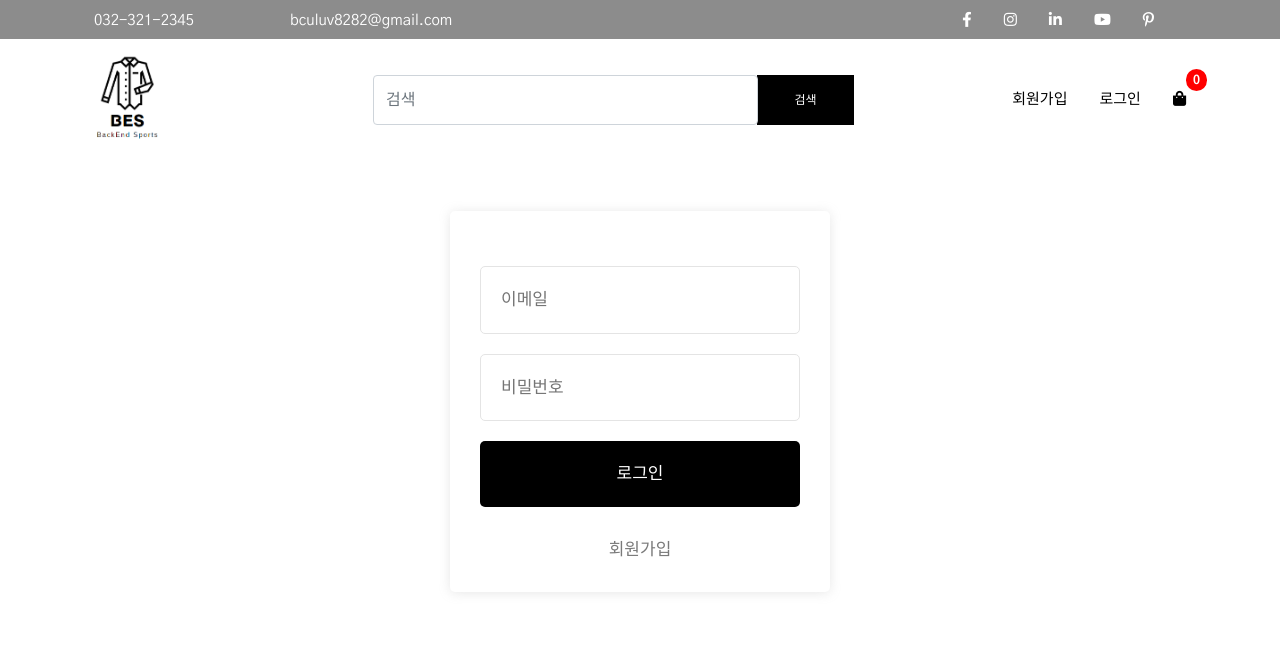
Repository: minyoung0101q/mern-sports-ecommerce-website
Page: /placeorder (app in frontend/)
The author's editor kept a copy of each file at every save. The page is drawn from the files as they stood at one save, then again after a run of saves.
The browser window is 1280 px wide. The pictures show the whole page.
Some web libraries are served in a nearby version. The project was rebuilt for these pictures with package versions that can differ from the ones it lists, and the page was loaded fresh each time. Also part of the build but not shown: frontend/src/components/homeComponents/Rating.js, frontend/src/components/homeComponents/pagination.js, frontend/src/Redux/Actions/ProductActions.js, frontend/src/components/LoadingError/Loading.js, frontend/src/components/LoadingError/Error.js, frontend/src/components/homeComponents/ShopSection.js, frontend/src/components/homeComponents/ContactInfo.js, frontend/src/components/homeComponents/CalltoActionSection.js and 16 more.

Above is the page before, as saved 2022-12-10 15:03:47.

After the next 2 saves:
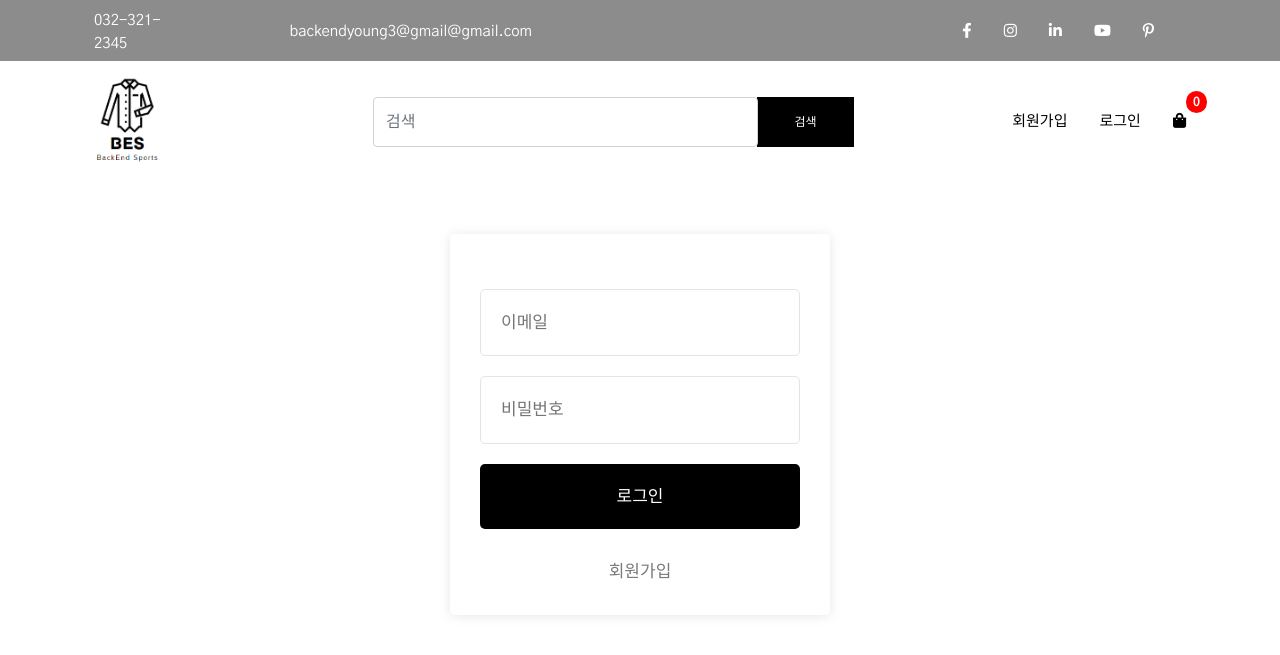
The 2 saves are shown as one change because they came seconds apart.
The last was saved 37 s later.
--- a/frontend/src/components/Header.js
+++ b/frontend/src/components/Header.js
@@ -34,7 +34,7 @@
           <div className="row">
             <div className="col-md-6 d-flex align-items-center display-none">
               <p>032-321-2345</p>
-              <p>bculuv8282@gmail.com</p>
+              <p>backendyoung3@gmail@gmail.com</p>
             </div>
             <div className=" col-12 col-lg-6 justify-content-center justify-content-lg-end d-flex align-items-center">
               <Link to="">

After the save that followed:
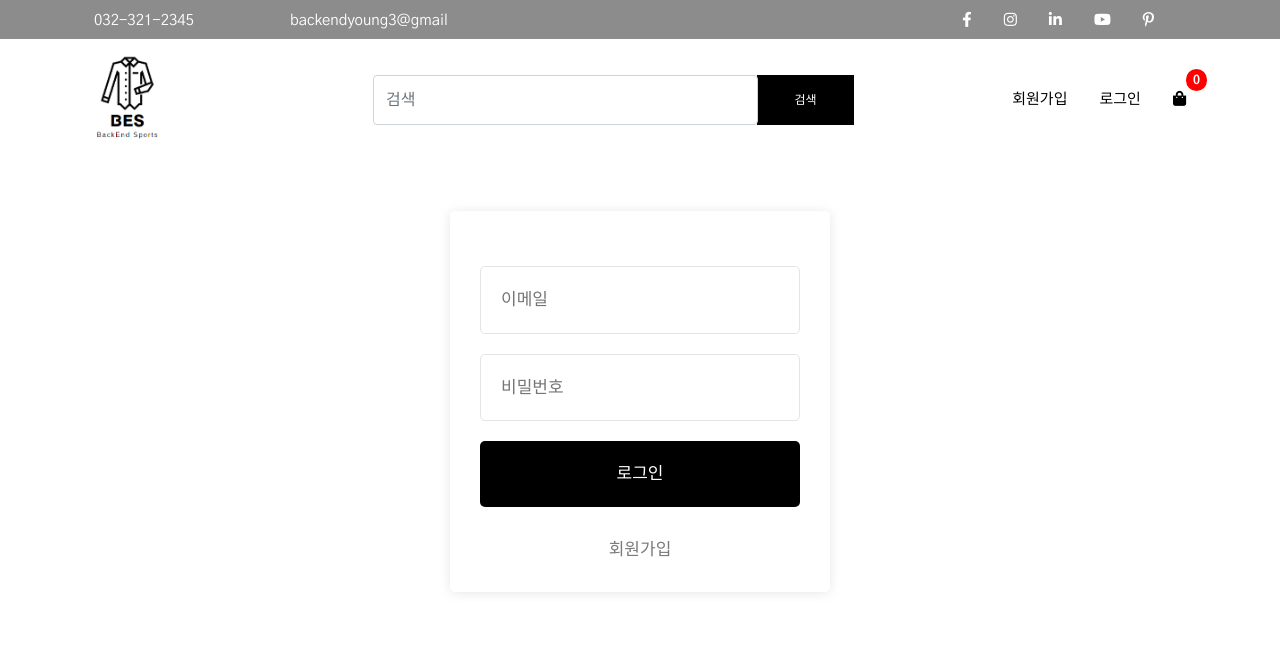
Saved 4 s later.
--- a/frontend/src/components/Header.js
+++ b/frontend/src/components/Header.js
@@ -34,7 +34,7 @@
           <div className="row">
             <div className="col-md-6 d-flex align-items-center display-none">
               <p>032-321-2345</p>
-              <p>backendyoung3@gmail@gmail.com</p>
+              <p>backendyoung3@gmail</p>
             </div>
             <div className=" col-12 col-lg-6 justify-content-center justify-content-lg-end d-flex align-items-center">
               <Link to="">
